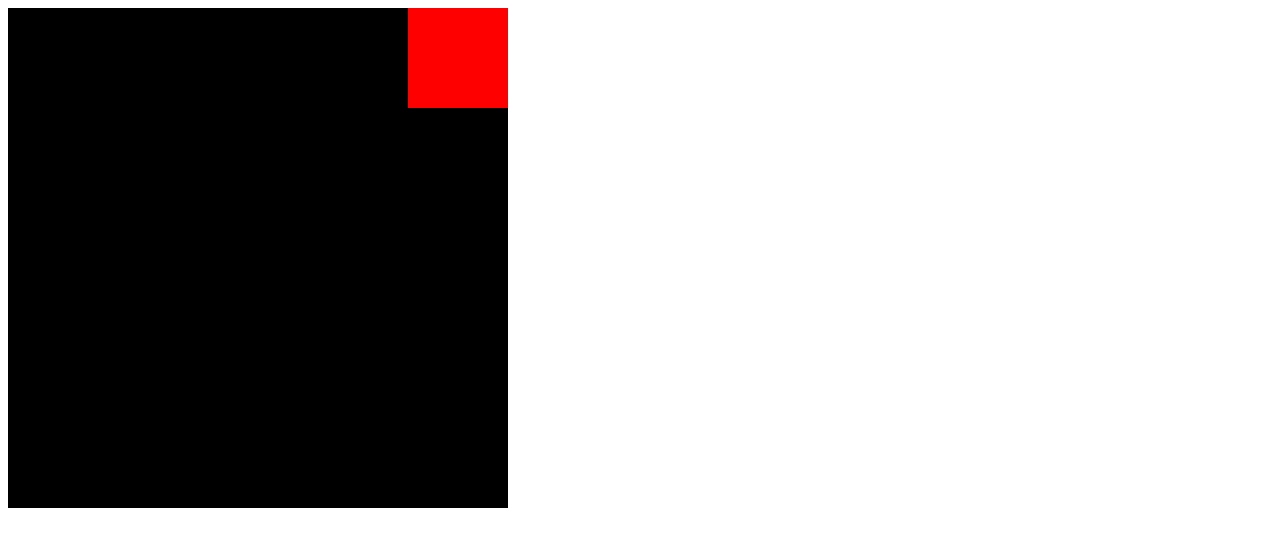
Repository: WAY-C/JSCodes
Page: 笔面试题/编程题/元素垂直居中/元素垂直居中.html
These files come from the project's save history. The page is drawn as it stood at one moment and after the next save; the edit follows.
The browser window is 1280 px wide. The pictures show the whole page.

Above is the page before, as saved 2021-09-06 21:50:50.

### 笔面试题/编程题/元素垂直居中/元素垂直居中.html
<!DOCTYPE html>
<html lang="en">

<head>
    <meta charset="UTF-8">
    <meta http-equiv="X-UA-Compatible" content="IE=edge">
    <title>元素垂直居中</title>
    <!-- 利用flex -->
    <!-- <style>
        .father {
            width: 500px;
            height: 500px;
            background: #000;
            display: flex;
            justify-content: center;
            align-items: center;
        }

        .son {
            width: 100px;
            height: 100px;
            background: #f00;
        }

    </style> -->
    <!-- 利用绝对定位 -->
    <!-- <style>
        .father {
            position: relative;
            width: 500px;
            height: 500px;
            background: #000;
        }

        .son {
            position: absolute;
            width: 100px;
            height: 100px;
            background: #f00;
            top: 50%;
            left: 50%;
            /* margin: -50px -50px -50px -50px; */
            /* 或 */
            /* margin-top: -50px;
            margin-left: -50px; */
            /* 当宽高未知时 */
            transform: translate(-50%, -50%);
        }
    </style>-->
    <!-- 利用margin auto -->
    <style>
        .father {
            position: relative;
            width: 500px;
            height: 500px;
            background: #000;
        }

        .son {
            position: absolute;
            width: 100px;
            height: 100px;
            background: #f00;
            top: 0;
            right: 0;
            /* bottom: 0; */
            /* left: 0; */
            margin: auto;
        }

    </style>
    <!-- 利用table-cell -->
    <!-- <style>
        .father {
            display: table-cell;
            vertical-align: middle;
            text-align: center;
            width: 500px;
            height: 500px;
            background: #000;
            border: 1px solid #000;
        }

        .son {
            width: 100px;
            height: 100px;
            background: #f00;
            display: inline-block;
            border: 1px solid #000;
        }

    </style> -->
    <!-- 利用flex 子元素 -->
    <!-- <style>
        .father {
            width: 500px;
            height: 500px;
            background: #000;
            display: flex;
            justify-content: center;
        }

        .son {
            width: 100px;
            height: 100px;
            background: #f00;
            align-self: center;
        }

    </style> -->
</head>

<body>
    <div class="father">
        <div class="son"></div>
    </div>
</body>

</html>

After the next save:
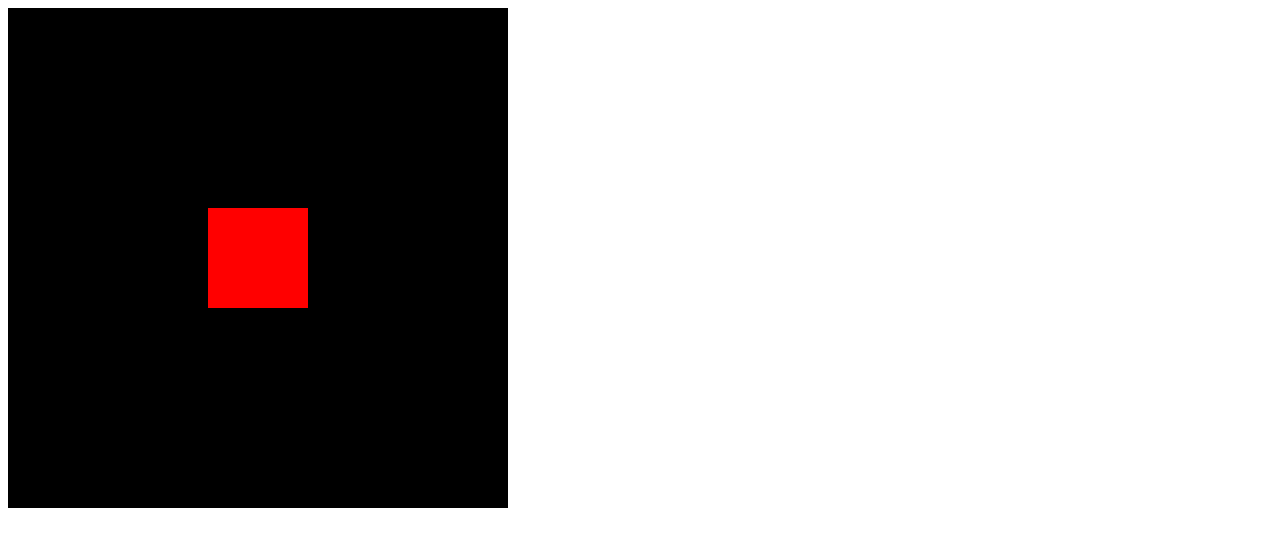
Saved 11 s later.
--- a/笔面试题/编程题/元素垂直居中/元素垂直居中.html
+++ b/笔面试题/编程题/元素垂直居中/元素垂直居中.html
@@ -63,8 +63,8 @@
             background: #f00;
             top: 0;
             right: 0;
-            /* bottom: 0; */
-            /* left: 0; */
+            bottom: 0;
+            left: 0;
             margin: auto;
         }
 
